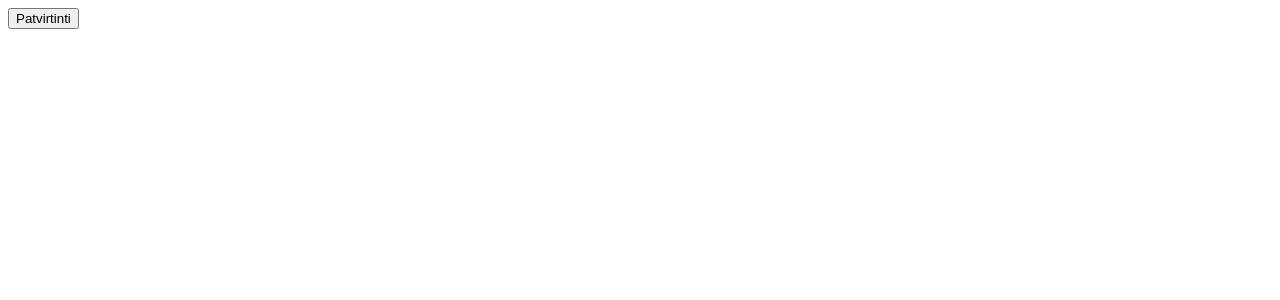
Repository: motiejus1/08-paskaita-PHP-05.31
Page: http://localhost/2uzduotis.php
The author's editor kept a copy of each file at every save. The page is drawn from the files as they stood at one save, then again after the next save.
The browser window is 1280 px wide. The pictures show the whole page.
The page is run by PHP 8.4 with error messages shown; the project is at /var/www/html/.

Above is the page before, as saved 2021-07-31 13:23:07.

After the next save:
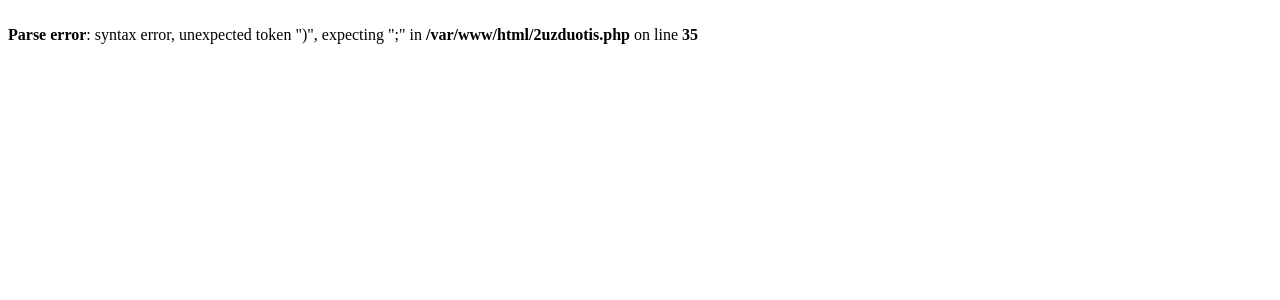
Saved 7 s later.
--- a/2uzduotis.php
+++ b/2uzduotis.php
@@ -32,6 +32,7 @@
             $skaitiklis++;
         }
 
+        for()
 
         setcookie("skaitiklis", $skaitiklis , time() + 3600, "/");
         // return "Labas";

After the save that followed:
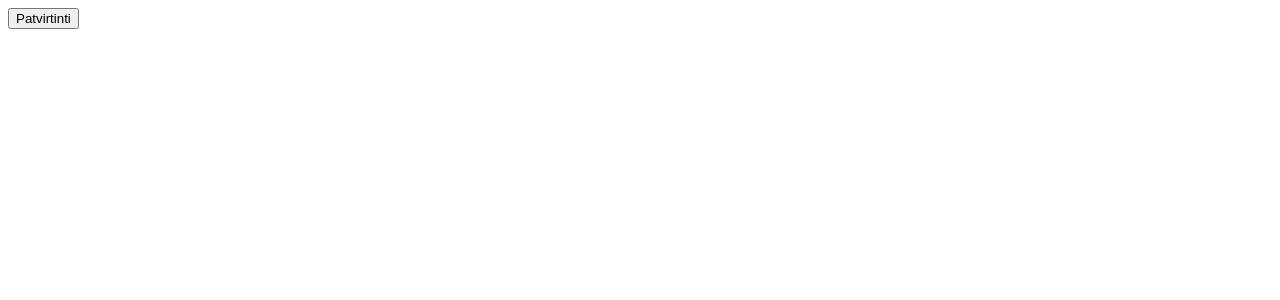
Saved 5 s later.
--- a/2uzduotis.php
+++ b/2uzduotis.php
@@ -32,8 +32,6 @@
             $skaitiklis++;
         }
 
-        for()
-
         setcookie("skaitiklis", $skaitiklis , time() + 3600, "/");
         // return "Labas";
     }
